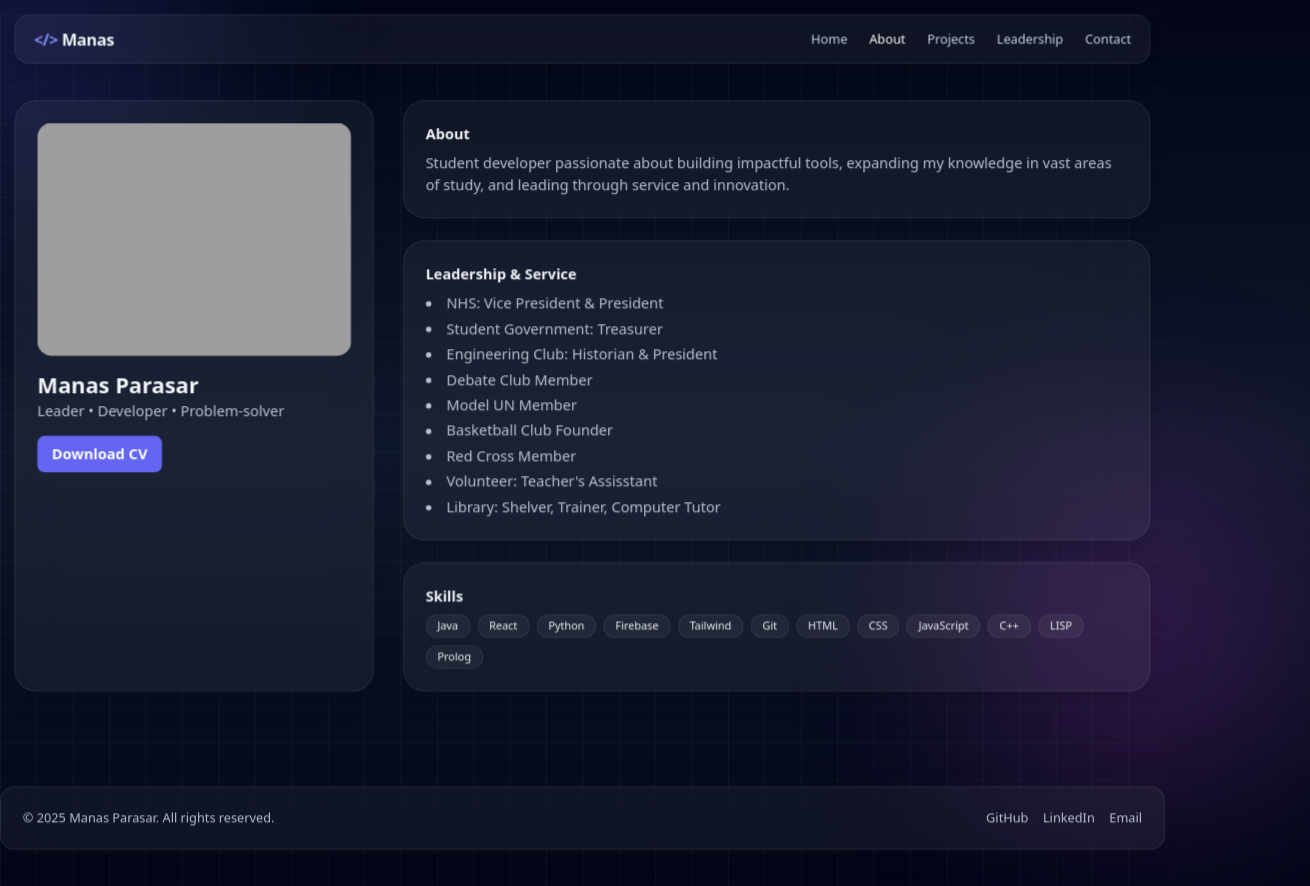
Repository: Manas-Parasar/portfolio-manas-parasar
Page: /about
An editor plug-in stored every save of this project. The page is shown before and after the next save, followed by the edit.
The browser window is 1280 px wide. The page is 1440 px wide, so the pictures cover 1440 px, including what lies to the right of the window. The pictures show the whole page, at 91% of full size.
Pictures or frames that could not be fetched are drawn as grey boxes. The project was rebuilt for these pictures with package versions that can differ from the ones it lists, and the page was loaded fresh each time. Also part of the build but not shown: vite.config.js, src/components/Hero.jsx, src/components/Section.jsx, src/components/ProjectCard.jsx, src/pages/Home.jsx, src/pages/Projects.jsx, src/components/TimelineItem.jsx, src/pages/Leadership.jsx and 1 more.

Above is the page before, as saved 2025-08-20 16:56:27.

### index.html
<!DOCTYPE html>
<html lang="en">
  <head>
    <meta charset="UTF-8" />
    <meta name="viewport" content="width=device-width, initial-scale=1.0" />
    <title>Manas Parasar — Portfolio</title>
    <meta
      name="description"
      content="Portfolio of Manas Parasar: projects, leadership, research, and impact."
    />
    <link rel="icon" href="/favicon.svg" />
  </head>
  <body
    class="min-h-screen bg-gradient-to-b from-slate-950 via-slate-900 to-slate-950 text-slate-100"
  >
    <div id="root"></div>
    <script type="module" src="/src/main.jsx"></script>
  </body>
</html>

### src/main.jsx
import { BrowserRouter } from "react-router-dom";
import "./index.css";
import React from "react";
import ReactDOM from "react-dom/client";
import App from "./App";

ReactDOM.createRoot(document.getElementById("root")).render(
  <React.StrictMode>
    <BrowserRouter>
      <App />
    </BrowserRouter>
  </React.StrictMode>
);

### src/index.css
@tailwind base;
@tailwind components;
@tailwind utilities;

/* Subtle selection & scrollbar tweaks */
::selection {
  background: #6366f1;
  color: white;
}
::-webkit-scrollbar {
  width: 10px;
}
::-webkit-scrollbar-thumb {
  background: rgba(148, 163, 184, 0.4);
  border-radius: 999px;
}

/* Reusable utilities */
@layer utilities {
  .glass {
    @apply bg-white/5 backdrop-blur-xl border border-white/10 shadow-xl;
  }
  .btn {
    @apply inline-flex items-center gap-2 rounded-2xl px-5 py-2 font-medium transition;
  }
  .btn-primary {
    @apply btn bg-brand-600 hover:bg-brand-500 text-white;
  }
  .btn-ghost {
    @apply btn glass hover:bg-white/10;
  }
  .headline {
    @apply text-4xl md:text-5xl font-extrabold tracking-tight;
  }
  .subtle {
    @apply text-slate-300/90;
  }
}

### src/App.jsx
import { Routes, Route } from "react-router-dom";
import Navbar from "./components/Navbar";
import Footer from "./components/Footer";
import Home from "./pages/Home";
import About from "./pages/About";
import Projects from "./pages/Projects";
import Leadership from "./pages/Leadership";
import Contact from "./pages/Contact";

export default function App() {
  return (
    <div className="min-h-screen bg-grid-sheer bg-grid-sheer bg-[length:40px_40px]">
      <div className="absolute inset-0 -z-10 opacity-70" aria-hidden>
        <div className="absolute -top-40 -left-40 h-96 w-96 rounded-full bg-brand-500 blur-[120px] opacity-30 animate-float" />
        <div className="absolute -bottom-40 -right-40 h-96 w-96 rounded-full bg-fuchsia-500 blur-[120px] opacity-30 animate-float" />
      </div>
      <Navbar />
      <main className="container py-10">
        <Routes>
          <Route path="/" element={<Home />} />
          <Route path="/about" element={<About />} />
          <Route path="/projects" element={<Projects />} />
          <Route path="/leadership" element={<Leadership />} />
          <Route path="/contact" element={<Contact />} />
        </Routes>
      </main>
      <Footer />
    </div>
  );
}

### src/components/Navbar.jsx
import { Link, NavLink } from "react-router-dom";
import { Menu, X } from "lucide-react";
import { useState } from "react";

export default function Navbar() {
  const [open, setOpen] = useState(false);
  const nav = [
    { to: "/", label: "Home" },
    { to: "/about", label: "About" },
    { to: "/projects", label: "Projects" },
    { to: "/leadership", label: "Leadership" },
    { to: "/contact", label: "Contact" },
  ];

  const NavItems = ({ onClick }) => (
    <ul className="flex flex-col md:flex-row gap-4 md:gap-6 text-sm">
      {nav.map((n) => (
        <li key={n.to}>
          <NavLink
            to={n.to}
            onClick={onClick}
            className={({ isActive }) =>
              `transition hover:text-white ${
                isActive ? "text-white" : "text-slate-300"
              }`
            }
          >
            {n.label}
          </NavLink>
        </li>
      ))}
    </ul>
  );

  return (
    <header className="sticky top-0 z-50">
      <div className="container mt-4">
        <div className="glass rounded-2xl px-5 py-3 flex items-center justify-between">
          <Link to="/" className="font-black tracking-tight text-lg">
            <span className="text-brand-400">&lt;/&gt;</span> Manas
          </Link>
          <nav className="hidden md:block">
            <NavItems />
          </nav>
          <button
            className="md:hidden btn-ghost"
            onClick={() => setOpen(!open)}
            aria-label="Toggle Menu"
          >
            {open ? <X size={20} /> : <Menu size={20} />}
          </button>
        </div>
        {open && (
          <div className="md:hidden mt-2 glass rounded-2xl px-5 py-4">
            <NavItems onClick={() => setOpen(false)} />
          </div>
        )}
      </div>
    </header>
  );
}

### src/components/Footer.jsx
export default function Footer() {
  return (
    <footer className="mt-16 pb-10">
      <div className="container glass rounded-2xl p-6 flex flex-col md:flex-row items-center justify-between gap-4">
        <p className="text-sm subtle">
          © {new Date().getFullYear()} Manas Parasar. All rights reserved.
        </p>
        <div className="text-sm subtle flex gap-4">
          <a
            href="https://github.com/"
            target="_blank"
            className="hover:text-white"
          >
            GitHub
          </a>
          <a
            href="https://linkedin.com/"
            target="_blank"
            className="hover:text-white"
          >
            LinkedIn
          </a>
          <a href="mailto:manas@example.com" className="hover:text-white">
            Email
          </a>
        </div>
      </div>
    </footer>
  );
}

### src/pages/About.jsx
export default function About() {
  return (
    <div className="grid md:grid-cols-3 gap-8">
      <div className="md:col-span-1 glass rounded-3xl p-6">
        <img
          src="/src/assets/headshot.jpg"
          alt="Portrait"
          className="rounded-2xl object-cover h-64 w-full"
        />
        <h2 className="text-2xl font-bold mt-4">Manas Parasar</h2>
        <p className="subtle">Leader • Developer • Problem‑solver</p>
        <a
          href="#" // Placeholder link
          download="Manas_Parasar_CV.pdf"
          className="mt-4 inline-block bg-brand-500 hover:bg-brand-600 text-white font-bold py-2 px-4 rounded-lg transition-colors"
        >
          Download CV
        </a>
      </div>
      <div className="md:col-span-2 space-y-6">
        <div className="glass rounded-3xl p-6">
          <h3 className="font-semibold mb-2">About</h3>
          <p className="subtle">
            Student developer passionate about building impactful tools,
            expanding my knowledge in vast areas of study, and leading through
            service and innovation.
          </p>
        </div>
        <div className="glass rounded-3xl p-6">
          <h3 className="font-semibold mb-2">Leadership & Service</h3>
          <ul className="subtle list-disc list-inside space-y-1">
            <li>NHS: Vice President & President</li>
            <li>Student Government: Treasurer</li>
            <li>Engineering Club: Historian & President</li>
            <li>Debate Club Member</li>
            <li>Model UN Member</li>
            <li>Basketball Club Founder</li>
            <li>Red Cross Member</li>
            <li>Volunteer: Teacher's Assisstant</li>
            <li>Library: Shelver, Trainer, Computer Tutor</li>
          </ul>
        </div>
        <div className="glass rounded-3xl p-6">
          <h3 className="font-semibold mb-2">Skills</h3>
          <div className="flex flex-wrap gap-2">
            {[
              "Java",
              "React",
              "Python",
              "Firebase",
              "Tailwind",
              "Git",
              "HTML",
              "CSS",
              "JavaScript",
              "C++",
              "LISP",
              "Prolog",
            ].map((s) => (
              <span
                key={s}
                className="px-3 py-1 rounded-full bg-white/5 border border-white/10 text-xs"
              >
                {s}
              </span>
            ))}
          </div>
        </div>
      </div>
    </div>
  );
}

### tailwind.config.js
/** @type {import('tailwindcss').Config} */
export default {
  content: ["./index.html", "./src/**/*.{js,jsx,ts,tsx}"],
  theme: {
    extend: {
      container: { center: true, padding: "1rem" },
      fontFamily: {
        display: ["Inter", "ui-sans-serif", "system-ui"],
      },
      colors: {
        brand: {
          50: "#eef2ff",
          100: "#e0e7ff",
          200: "#c7d2fe",
          300: "#a5b4fc",
          400: "#818cf8",
          500: "#6366f1",
          600: "#4f46e5",
          700: "#4338ca",
          800: "#3730a3",
          900: "#312e81",
        },
      },
      boxShadow: {
        glow: "0 0 0 0 rgba(99,102,241,0.5), 0 0 80px 10px rgba(99,102,241,0.25)",
      },
      backgroundImage: {
        "grid-sheer":
          "linear-gradient(rgba(255,255,255,0.04) 1px, transparent 1px), linear-gradient(90deg, rgba(255,255,255,0.04) 1px, transparent 1px)",
      },
      backgroundSize: {
        "grid-sheer": "40px 40px",
      },
      animation: {
        float: "float 6s ease-in-out infinite",
        shimmer: "shimmer 4s linear infinite",
      },
      keyframes: {
        float: {
          "0%, 100%": { transform: "translateY(0px)" },
          "50%": { transform: "translateY(-10px)" },
        },
        shimmer: {
          "0%": { backgroundPosition: "-200% 0" },
          "100%": { backgroundPosition: "200% 0" },
        },
      },
    },
  },
  plugins: [],
};

After the next save:
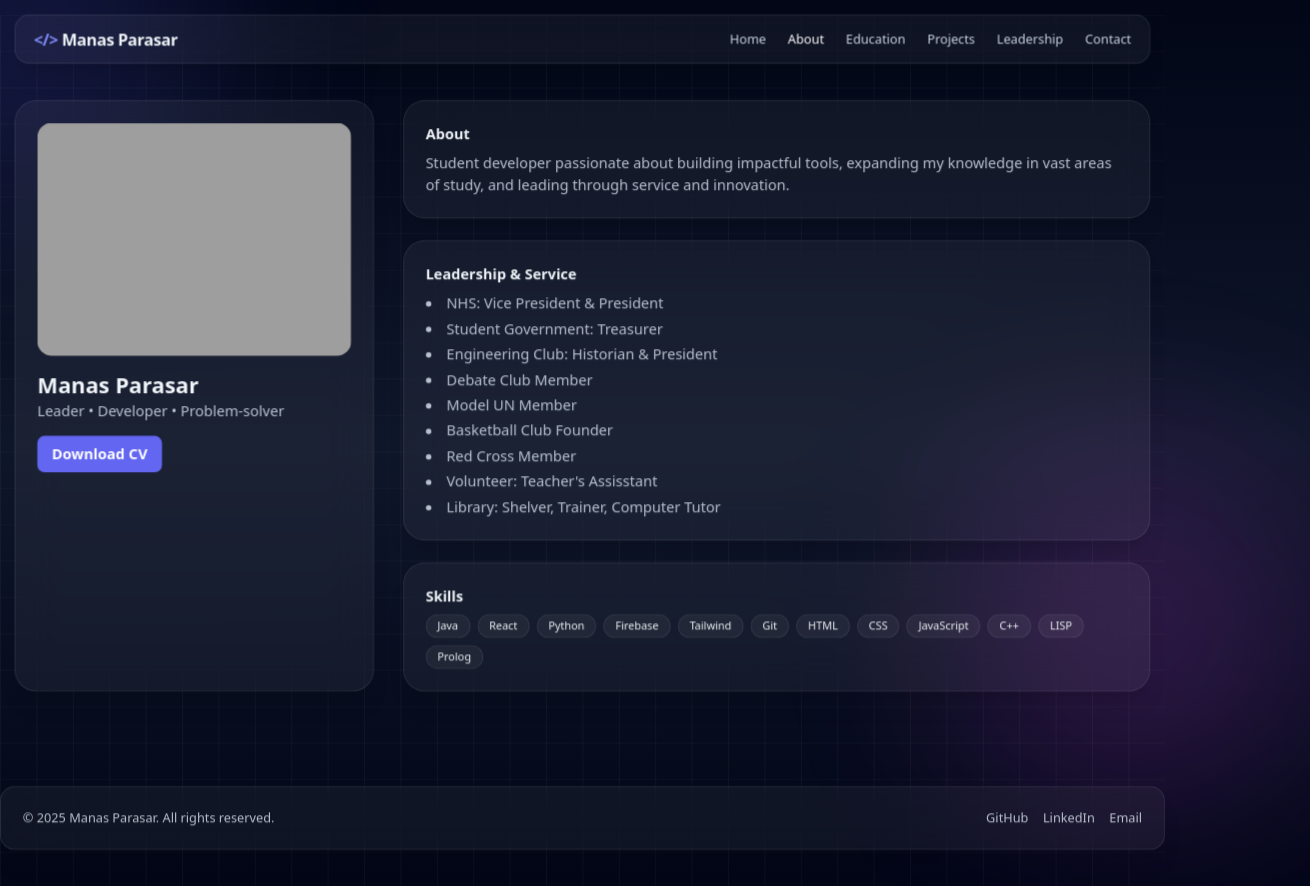
Saved 78 min 38 s later.
--- a/src/components/Navbar.jsx
+++ b/src/components/Navbar.jsx
@@ -7,6 +7,7 @@ export default function Navbar() {
   const nav = [
     { to: "/", label: "Home" },
     { to: "/about", label: "About" },
+    { to: "/education", label: "Education" },
     { to: "/projects", label: "Projects" },
     { to: "/leadership", label: "Leadership" },
     { to: "/contact", label: "Contact" },
@@ -37,7 +38,7 @@ export default function Navbar() {
       <div className="container mt-4">
         <div className="glass rounded-2xl px-5 py-3 flex items-center justify-between">
           <Link to="/" className="font-black tracking-tight text-lg">
-            <span className="text-brand-400">&lt;/&gt;</span> Manas
+            <span className="text-brand-400">&lt;/&gt;</span> Manas Parasar
           </Link>
           <nav className="hidden md:block">
             <NavItems />
